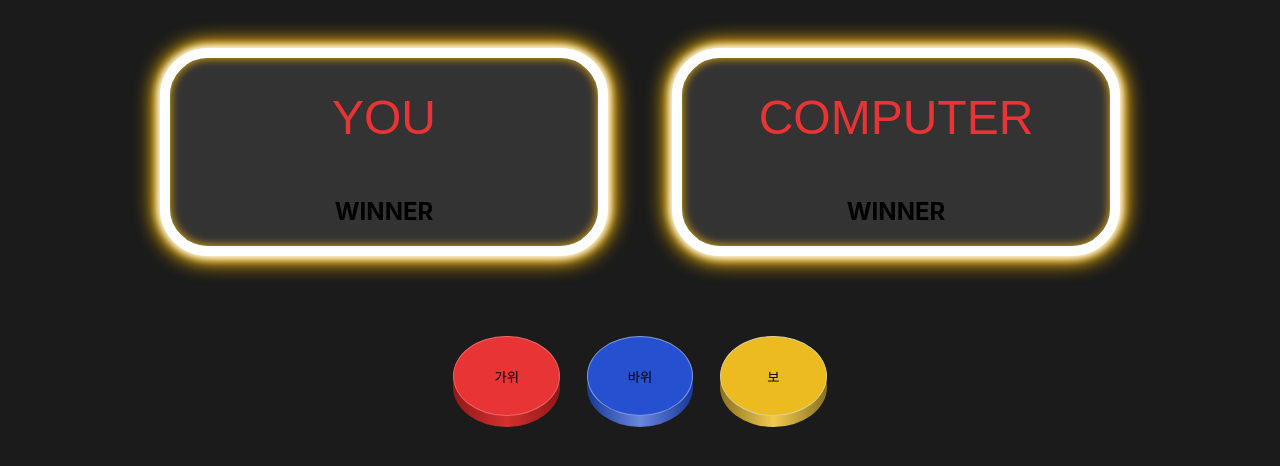
Repository: KIMMIHYE12/classComponent
Page: /
The author's editor kept a copy of each file at every save. The page is drawn from the files as they stood at one save, then again after the next save.
The browser window is 1280 px wide. The pictures show the whole page.
Some web fonts or font styles are not loaded; a fallback is used. The project was rebuilt for these pictures with package versions that can differ from the ones it lists, and the page was loaded fresh each time.

Above is the page before, as saved 2024-03-18 23:39:38.

### src/App.js
import { useState } from "react";
import "./App.css";
import { Box } from "./component/Box";

const choice = {
  scissor: {
    name: "Scissor",
    img: "/images/scissor.png",
    describe: "가위이미지",
  },
  rock: {
    name: "Rock",
    img: "/images/rock.png",
    describe: "바위이미지",
  },
  paper: {
    name: "Paper",
    img: "/images/paper.png",
    describe: "보이미지",
  },
};

function App() {
  const [userSelect, setUserSelect] = useState(null);

  const play = (userChoice) => {
    setUserSelect(choice[userChoice]);
  };

  return (
    <div className='content'>
      <div className='game_screen'>
        <Box title='YOU' item={userSelect} />
        <Box title='COMPUTER' />
      </div>
      <div className='btn_wrap'>
        <button
          className='scissor'
          onClick={() => {
            play("scissor");
          }}
        >
          가위
        </button>
        <button
          className='rock'
          onClick={() => {
            play("rock");
          }}
        >
          바위
        </button>
        <button
          className='paper'
          onClick={() => {
            play("paper");
          }}
        >
          보
        </button>
      </div>
    </div>
  );
}

export default App;

### src/App.css
@import url("https://use.typekit.net/ebb2deg.css");

* {
  box-sizing: border-box;
}

.content {
  height: 100vh;
  padding: 3em 0;
  background-color: #1b1b1b;
}

.game_screen {
  width: 100%;
  display: flex;
  justify-content: center;
}

.box {
  width: 35%;
  display: flex;
  flex-direction: column;
  align-items: center;
  margin: 0 2em;
  border: 10px solid #fff;
  background: #333;
  border-radius: 3rem;
  box-shadow: 0 0 10px #fff, 0 0 10px #fff, 0 0 24px #f5b70c, 0 0 16px #f5b70c,
    0 0 24px #f5b70c, inset 0 0 10px #f5b70c;
}

h1 {
  font-size: 3em;
  color: #e83435;
  font-family: "gloridot", sans-serif;
  font-weight: 400;
  font-style: normal;
}

img {
  width: 70%;
}

.btn_wrap {
  position: relative;
  margin-top: 5em;
  display: flex;
  justify-content: center;
  z-index: 1;
}

.btn_wrap button {
  position: relative;
  width: 8em;
  height: 6em;
  margin: 0 1em;
  border-radius: 50%;
  top: 0;
  outline: 0;
}

.btn_wrap button.scissor {
  background-color: #e83435;
  border: 1px solid #ec6666;
}

.btn_wrap button.rock {
  background-color: #2551d1;
  border: 1px solid #8097dc;
}

.btn_wrap button.paper {
  background-color: #ebbb1f;
  border: 1px solid #dfcf98;
}

.btn_wrap button:before {
  width: 8em;
  height: 6em;
  display: inline-block;
  content: "";
  position: absolute;
  top: 10px;
  left: -1px;
  right: 0;
  background: red;
  border-radius: 50%;
  z-index: -1;
}

.btn_wrap button.scissor:before {
  background: linear-gradient(
    90deg,
    rgba(143, 25, 25, 1) 0%,
    rgba(212, 47, 48, 1) 50%,
    rgba(143, 25, 25, 1) 100%
  );
}

.btn_wrap button.rock:before {
  background: linear-gradient(
    90deg,
    rgba(23, 56, 152, 1) 0%,
    rgba(106, 135, 221, 1) 50%,
    rgba(23, 56, 152, 1) 100%
  );
}

.btn_wrap button.paper:before {
  background: linear-gradient(
    90deg,
    rgba(139, 113, 30, 1) 0%,
    rgba(241, 203, 80, 1) 50%,
    rgba(139, 113, 30, 1) 100%
  );
}

.btn_wrap button:active {
  top: 4px;
}

.btn_wrap button:active:before {
  top: 6px;
}

### src/component/Box.js
import React from "react";

export const Box = (props) => {
  console.log("props", props);

  return (
    <div className='box'>
      <h1>{props.title}</h1>
      <img src={props.img} alt={props.describe} />
      <h2>WINNER</h2>
    </div>
  );
};

Loaded but not shown: public/index.html (common file); src/index.js (common file); src/index.css (common file); src/reportWebVitals.js (common file)

After the next save:
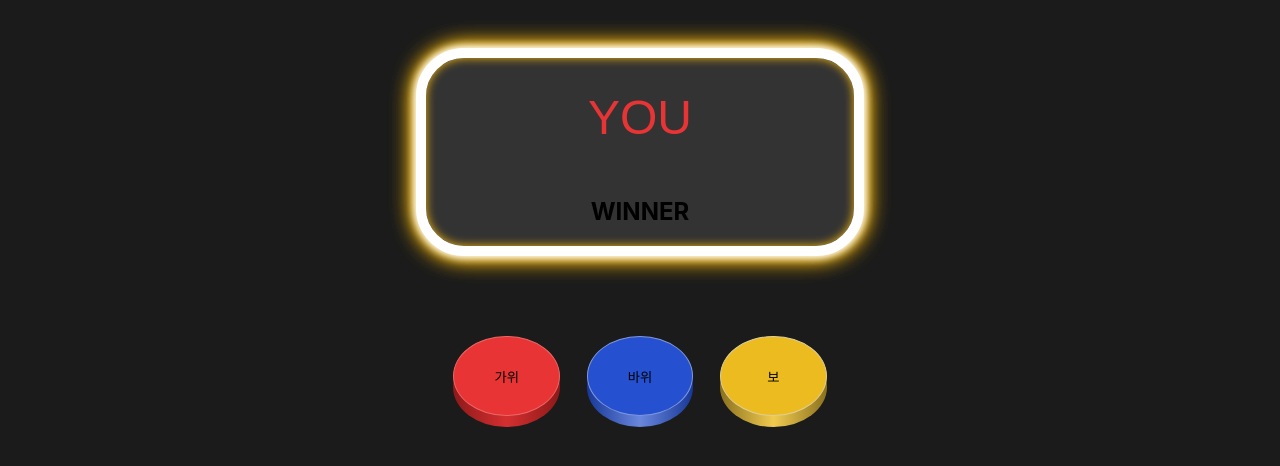
Saved 33 s later.
--- a/src/App.js
+++ b/src/App.js
@@ -31,7 +31,7 @@ function App() {
     <div className='content'>
       <div className='game_screen'>
         <Box title='YOU' item={userSelect} />
-        <Box title='COMPUTER' />
+        {/* <Box title='COMPUTER' /> */}
       </div>
       <div className='btn_wrap'>
         <button
